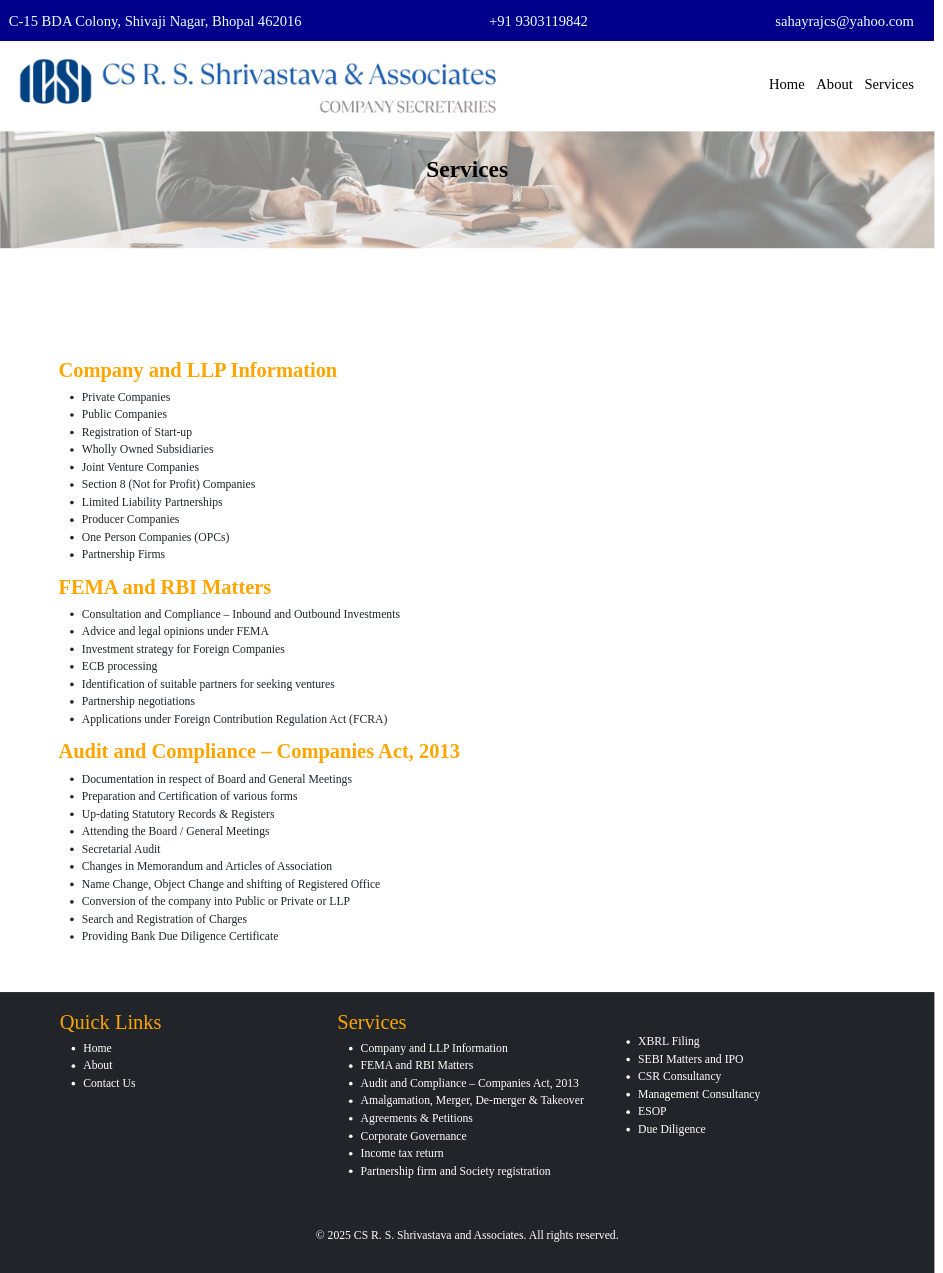
Repository: aayushiss/CS-RSS
Page: services.html
An editor plug-in stored every save of this project. The page is shown before and after the next save, followed by the edit.
The browser window is 1280 px wide. The page is 1292 px wide, then 1280 px, so the pictures cover 1292 px, including what lies to the right of the window. The pictures show the whole page, at 73% of full size.

Above is the page before, as saved 2025-05-27 18:54:15.

### services.html
<!DOCTYPE html>
<html lang="en">

<head>
    <meta charset="UTF-8">
    <meta name="viewport" content="width=device-width, initial-scale=1.0">
    <title>R. S. Shrivastava</title>
    <link href="https://cdn.jsdelivr.net/npm/bootstrap@5.3.3/dist/css/bootstrap.min.css" rel="stylesheet"
        integrity="sha384-QWTKZyjpPEjISv5WaRU9OFeRpok6YctnYmDr5pNlyT2bRjXh0JMhjY6hW+ALEwIH" crossorigin="anonymous">
    <link rel="stylesheet" type="text/css" href="style.css">
</head>

<body>
    <nav class="navbar fixed-top custom-navbar">
        <div class="container-fluid d-flex justify-content-between">
            <a class="navbar-brand"
                href="https://www.google.com/maps/place/R+S+SHRIVASTAVA+%26+ASSOCIATES/@23.2288499,77.4244091,17z/data=!3m1!4b1!4m6!3m5!1s0x397c425fada83073:0xcb1e8ba90a487f4e!8m2!3d23.228845!4d77.426984!16s%2Fg%2F1td0r8v9?entry=ttu&g_ep=EgoyMDI1MDUxMi4wIKXMDSoASAFQAw%3D%3D"
                target="_blank">C-15 BDA Colony, Shivaji Nagar, Bhopal 462016</a>
            <a class="navbar-brand" href="" tel:+919303119842"">+91 9303119842</a>
            <a class="navbar-brand" href="mailto:sahayrajcs@yahoo.com">sahayrajcs@yahoo.com</a>
        </div>
    </nav>
    <div class="navbar-space"></div>

    <nav class="navbar sticky-top second-navbar bg-white">
        <div class="container-fluid d-flex justify-content-between align-items-center">
          <a class="navbar-brand" href="index.html">
            <img src="images/icsi logo.jpg" alt="Logo" height="100rem" class="d-inline-block align-text-top">
          </a>
          <!-- </div> -->
          <div class="d-flex">
            <a class="navbar-brand" href="index.html">Home</a>
            <a class="navbar-brand" href="about.html">About</a>
            <a class="navbar-brand" href="services.html">Services</a>
          </div>
      </nav>

    <div class="position-relative" style="margin-bottom: 150px;" id="contact-section">
        <img src="images/haveAQuery.jpg" class="img-fluid" alt="..."
            style="opacity: .5; height: 10rem; width: 100vw; object-fit: cover;">
        <h2 class="position-absolute start-50 translate-middle-x text-black fw-bold" style="top: 20%;">
            Services
        </h2>
    </div>
    <div class="col" style="margin-left: 5rem;">
        <div class="row" id="Company-and-LLP-Info">
            <div class="col">
                <h3 style="font-weight: bold;">Company and LLP Information</h3>
                <ul>
                    <li>Private Companies</li>
                    <li>Public Companies</li>
                    <li>Registration of Start-up</li>
                    <li>Wholly Owned Subsidiaries</li>
                    <li>Joint Venture Companies</li>
                    <li>Section 8 (Not for Profit) Companies</li>
                    <li>Limited Liability Partnerships</li>
                    <li>Producer Companies</li>
                    <li>One Person Companies (OPCs)</li>
                    <li>Partnership Firms</li>
                </ul>
            </div>
        </div>
        <div class="row" id="FEMA-and-RBI-Matters">
            <div class="col">
                <h3 style="font-weight: bold;">FEMA and RBI Matters</h3>
                <ul>
                    <li>Consultation and Compliance – Inbound and Outbound Investments</li>
                    <li>Advice and legal opinions under FEMA</li>
                    <li>Investment strategy for Foreign Companies</li>
                    <li> ECB processing</li>
                    <li>Identification of suitable partners for seeking ventures</li>
                    <li> Partnership negotiations</li>
                    <li>Applications under Foreign Contribution Regulation Act (FCRA)</li>
                </ul>
            </div>
        </div>
        <div class="row">
            <div class="col">
                <h3 style="font-weight: bold;" id="Audit-and-Compliance">Audit and Compliance – Companies Act, 2013</h3>
                <ul>
                    <li>Documentation in respect of Board and General Meetings</li>
                    <li>Preparation and Certification of various forms</li>
                    <li>Up-dating Statutory Records & Registers</li>
                    <li>Attending the Board / General Meetings</li>
                    <li>Secretarial Audit</li>
                    <li>Changes in Memorandum and Articles of Association</li>
                    <li>Name Change, Object Change and shifting of Registered Office</li>
                    <li>Conversion of the company into Public or Private or LLP</li>
                    <li>Search and Registration of Charges</li>
                    <li>Providing Bank Due Diligence Certificate</li>
                </ul>
            </div>
        </div>
    </div>

    <footer class="bg-dark text-white py-4 mt-5">
      <div class="container">
        <div class="row">
          <div class="col">
            <h3>Quick Links</h3>
            <ul class="footer-links">
              <li><a href="index.html">Home</a></li>
              <li><a href="about.html">About</a></li>
              <li><a href="#contact-section">Contact Us</a></li>
            </ul>
          </div>
          <div class="col">
            <h3>Services</h3>
            <ul class="footer-links">
              <li><a href="services.html#Company-and-LLP-Info">Company and LLP Information</a></li>
              <li><a href="services.html#FEMA-and-RBI-Matters">FEMA and RBI Matters</a></li>
              <li><a href="services.html#Audit-and-Compliance">Audit and Compliance – Companies Act, 2013</a></li>
              <li><a href="hncjsd">Amalgamation, Merger, De-merger & Takeover</a></li>
              <li><a href="hncjsd">Agreements & Petitions</a></li>
              <li><a href="hncjsd">Corporate Governance</a></li>
              <li><a href="hncjsd">Income tax return</a></li>
              <li><a href="hncjsd">Partnership firm and Society registration</a></li>
            </ul>
          </div>
          <div class="col" style="margin-top: 2rem;">
            <ul class="footer-links">
              <li><a href="hncjsd">XBRL Filing</a></li>
              <li><a href="hncjsd">SEBI Matters and IPO</a></li>
              <li><a href="hncjsd">CSR Consultancy</a></li>
              <li><a href="hncjsd">Management Consultancy</a></li>
              <li><a href="hncjsd">ESOP</a></li>
              <li><a href="hncjsd">Due Diligence</a></li>
            </ul>
          </div>
        </div>

      </div>
      <p class="text-center mt-5">&copy; 2025 CS R. S. Shrivastava and Associates. All rights reserved.</p>
    </footer>

</body>

</html>

### style.css
body{
    font-family: 'Times New Roman', Times, serif;
}

.custom-navbar {
    background-color: darkblue;
}

.custom-navbar .navbar-brand {
    color: azure;
}

.navbar-space {
    margin-top: 50px;
}

.second-navbar .navbar-brand {
    color: black;
}

.custom-card {
    height: 25vh;
}

.custom-card .card-img {
    height: 100%;
    object-fit: cover;
}

.container-fluid .card {
    padding: 10px;
}

.container-fluid .card-title {
    font-family: 'Times New Roman', Times, serif;
    font-weight: bold;
    font-size: xx-large;
}

.container-fluid .col-md-8 .card-title {
    font-family: 'Times New Roman', Times, serif;
    font-size: large;
}

.footer-links ul {
    list-style: none;
    text-decoration: none;
}

.footer-links a {
    color: white;
    text-decoration: none;
    scroll-behavior: smooth;
}

h3{
    color: orange;
}

After the next save:
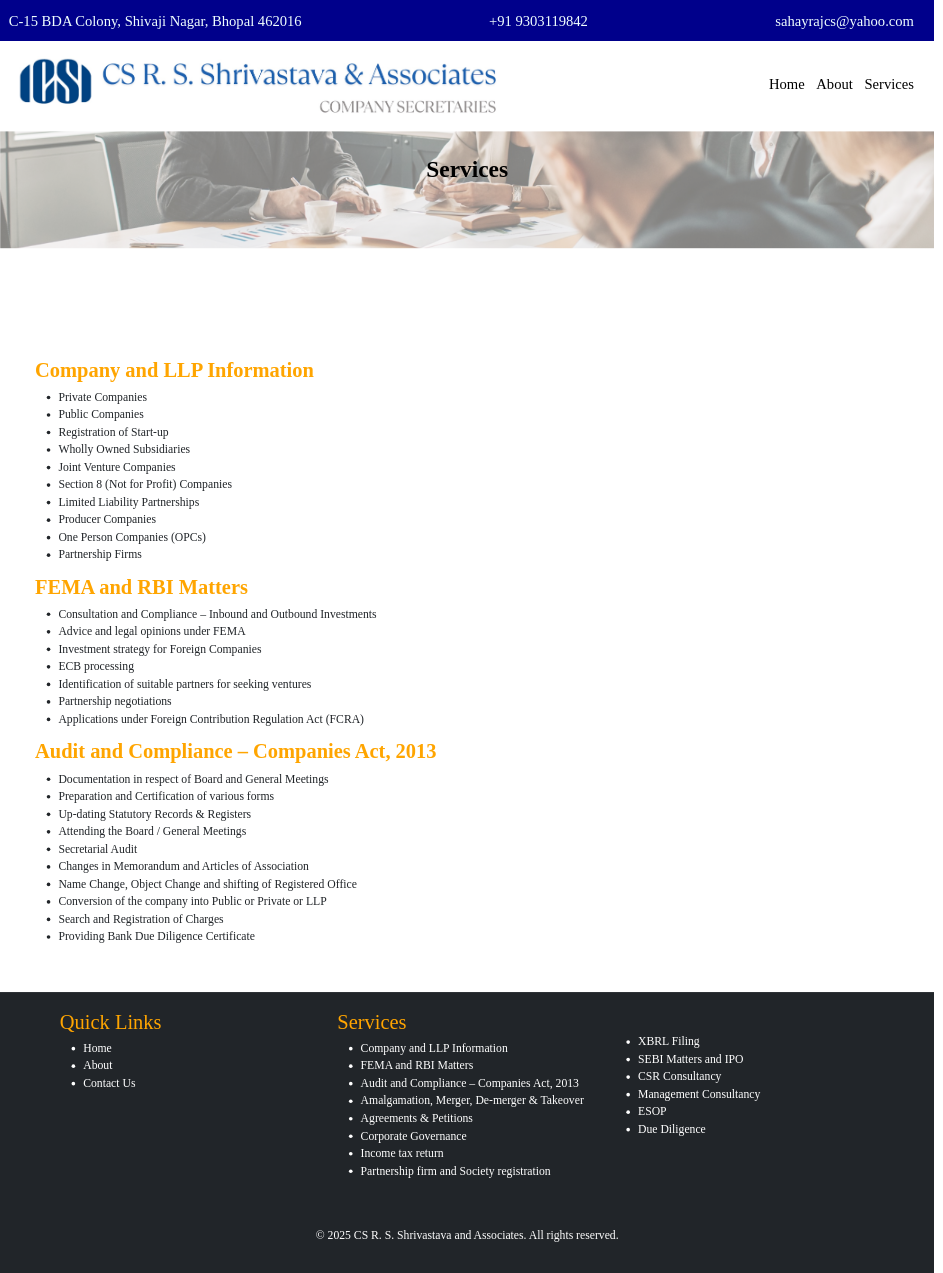
Saved 5 min 46 s later.
--- a/services.html
+++ b/services.html
@@ -16,7 +16,7 @@
             <a class="navbar-brand"
                 href="https://www.google.com/maps/place/R+S+SHRIVASTAVA+%26+ASSOCIATES/@23.2288499,77.4244091,17z/data=!3m1!4b1!4m6!3m5!1s0x397c425fada83073:0xcb1e8ba90a487f4e!8m2!3d23.228845!4d77.426984!16s%2Fg%2F1td0r8v9?entry=ttu&g_ep=EgoyMDI1MDUxMi4wIKXMDSoASAFQAw%3D%3D"
                 target="_blank">C-15 BDA Colony, Shivaji Nagar, Bhopal 462016</a>
-            <a class="navbar-brand" href="" tel:+919303119842"">+91 9303119842</a>
+            <a class="navbar-brand" href="tel:+919303119842">+91 9303119842</a>
             <a class="navbar-brand" href="mailto:sahayrajcs@yahoo.com">sahayrajcs@yahoo.com</a>
         </div>
     </nav>
@@ -42,7 +42,7 @@
             Services
         </h2>
     </div>
-    <div class="col" style="margin-left: 5rem;">
+    <div class="col px-4 px-md-5">
         <div class="row" id="Company-and-LLP-Info">
             <div class="col">
                 <h3 style="font-weight: bold;">Company and LLP Information</h3>
